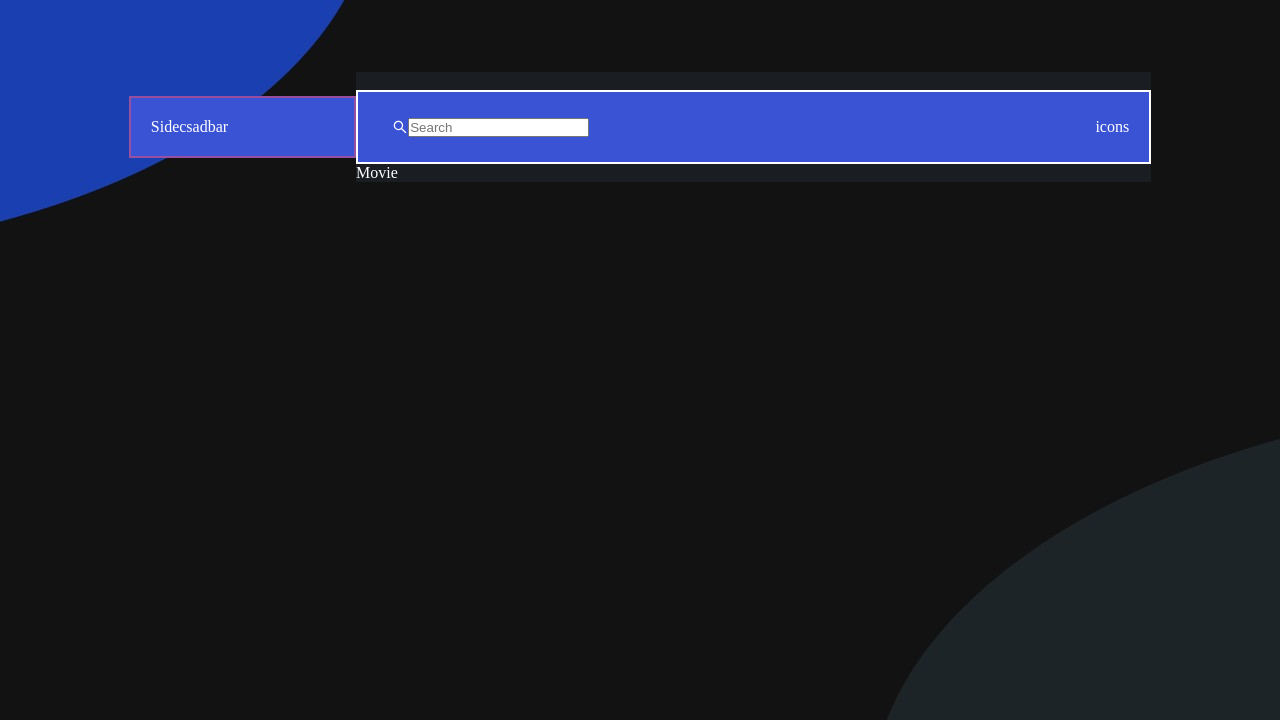
Repository: DevLaukey/movie-task
Page: /
An editor plug-in stored every save of this project. The page is shown before and after the next save, followed by the edit.
The browser window is 1280 px wide. The pictures show the whole page.
The project was rebuilt for these pictures with package versions that can differ from the ones it lists, and the page was loaded fresh each time. Also part of the build but not shown: src/components/Body/Movies.css.

Above is the page before, as saved 2022-06-15 13:15:03.

### src/App.js
import "./App.css"
import Body from "./components/Body/Body";
import Sidebar from "./components/Sidebar/Sidebar";

function App() {
  return (
    <main className="App">
      <div className="App__container">
        <Sidebar />
        <Body />
      </div>
    </main>
  );
}

export default App;

### src/index.css
*{
    padding: 0;
    margin: 0;
    box-sizing: border-box;

}

### src/features/counter/counterSlice.js
import { createAsyncThunk, createSlice } from '@reduxjs/toolkit';
import { fetchCount } from './counterAPI';

const initialState = {
  value: 0,
  status: 'idle',
};

// The function below is called a thunk and allows us to perform async logic. It
// can be dispatched like a regular action: `dispatch(incrementAsync(10))`. This
// will call the thunk with the `dispatch` function as the first argument. Async
// code can then be executed and other actions can be dispatched. Thunks are
// typically used to make async requests.
export const incrementAsync = createAsyncThunk(
  'counter/fetchCount',
  async (amount) => {
    const response = await fetchCount(amount);
    // The value we return becomes the `fulfilled` action payload
    return response.data;
  }
);

export const counterSlice = createSlice({
  name: 'counter',
  initialState,
  // The `reducers` field lets us define reducers and generate associated actions
  reducers: {
    increment: (state) => {
      // Redux Toolkit allows us to write "mutating" logic in reducers. It
      // doesn't actually mutate the state because it uses the Immer library,
      // which detects changes to a "draft state" and produces a brand new
      // immutable state based off those changes
      state.value += 1;
    },
    decrement: (state) => {
      state.value -= 1;
    },
    // Use the PayloadAction type to declare the contents of `action.payload`
    incrementByAmount: (state, action) => {
      state.value += action.payload;
    },
  },
  // The `extraReducers` field lets the slice handle actions defined elsewhere,
  // including actions generated by createAsyncThunk or in other slices.
  extraReducers: (builder) => {
    builder
      .addCase(incrementAsync.pending, (state) => {
        state.status = 'loading';
      })
      .addCase(incrementAsync.fulfilled, (state, action) => {
        state.status = 'idle';
        state.value += action.payload;
      });
  },
});

export const { increment, decrement, incrementByAmount } = counterSlice.actions;

// The function below is called a selector and allows us to select a value from
// the state. Selectors can also be defined inline where they're used instead of
// in the slice file. For example: `useSelector((state: RootState) => state.counter.value)`
export const selectCount = (state) => state.counter.value;

// We can also write thunks by hand, which may contain both sync and async logic.
// Here's an example of conditionally dispatching actions based on current state.
export const incrementIfOdd = (amount) => (dispatch, getState) => {
  const currentValue = selectCount(getState());
  if (currentValue % 2 === 1) {
    dispatch(incrementByAmount(amount));
  }
};

export default counterSlice.reducer;

### src/App.css
.App{
    background-image: url(../public/back.jpg);
    width: 100vw;
    height: 100vh;
    background-size: cover;
    background-repeat: no-repeat;
    color: #fff;
}
.App__container{
    position: absolute;
    display: flex;
    align-items: center;
    justify-content: center;
    padding: 10vh;
    width: 100%;
}

### src/components/Body/Body.js
import React from "react";
import "./Body.css";
import Movies from "./Movies";
import Nav from "./Nav/Nav";
function Body() {
  return (
    <div className="body">
      <Nav />
      <Movies />
    </div>
  );
}

export default Body;

### src/components/Sidebar/Sidebar.js
import React from 'react'
import "./Sidebar.css"
function Sidebar() {
  return (
    <div className="sidebar">Sidecsadbar</div>
  )
}

export default Sidebar

### src/components/Body/Body.css
.body{
    background-color: #1a1d22;
    width: 70%;
}

### src/components/Body/Movies.js
import React from 'react'
import Movie from './Movie'
import "./Movies.css"
function Movies() {
  return (
      <div>
          <Movie />
    </div>
  )
}

export default Movies

### src/components/Body/Nav/Nav.js
import React from 'react'
import "./Nav.css"
import { AiOutlineSearch} from "react-icons/ai";

function Nav() {
  return (
    <div className="nav">
      <div className="nav__search">
        <AiOutlineSearch />
        <input type="text" placeholder="Search" />
      </div>
      <div className="nav__icons">
        icons
      </div>
    </div>
  )
}

export default Nav

### src/components/Sidebar/Sidebar.css
.sidebar{
    display:flex;
    width:20%;
    justify-content: space-between;
    align-items: center;
    padding: 20px 20px;
    background-color: #3a53d4;
    border: 2px solid rgba(158, 80, 158, 0.933);
}

### src/components/Body/Movie.js
import React from 'react'
import "./Movies.css"
function Movie() {
  return (
    <div>Movie</div>
  )
}

export default Movie

### src/components/Body/Nav/Nav.css
.nav{
    width: 100%;
    display: flex;
    justify-content: space-between;
    margin-top:18px;
    align-items: center;
    padding: 20px 20px;
    border: 2px solid #fff;
    background-color: #3a53d4;
}
.nav__search{
    display: flex;
    align-items: center;
    justify-content: center;
    width: 30%;
    height: 30px;
}

Loaded but not shown: public/index.html (common file); src/index.js (common file); src/app/store.js (common file); src/reportWebVitals.js (common file); src/features/counter/counterAPI.js (common file)

After the next save:
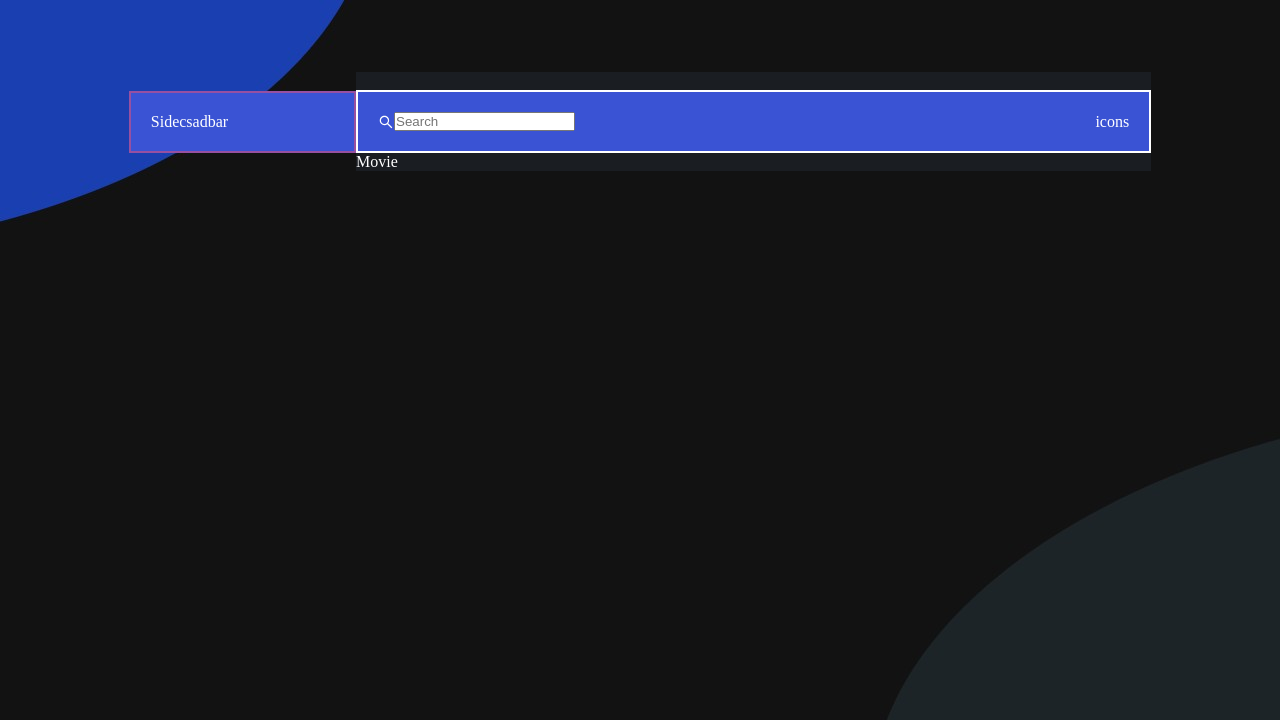
Saved 4 s later.
--- a/src/components/Body/Nav/Nav.css
+++ b/src/components/Body/Nav/Nav.css
@@ -12,6 +12,5 @@
     display: flex;
     align-items: center;
     justify-content: center;
-    width: 30%;
-    height: 30px;
+
 }
